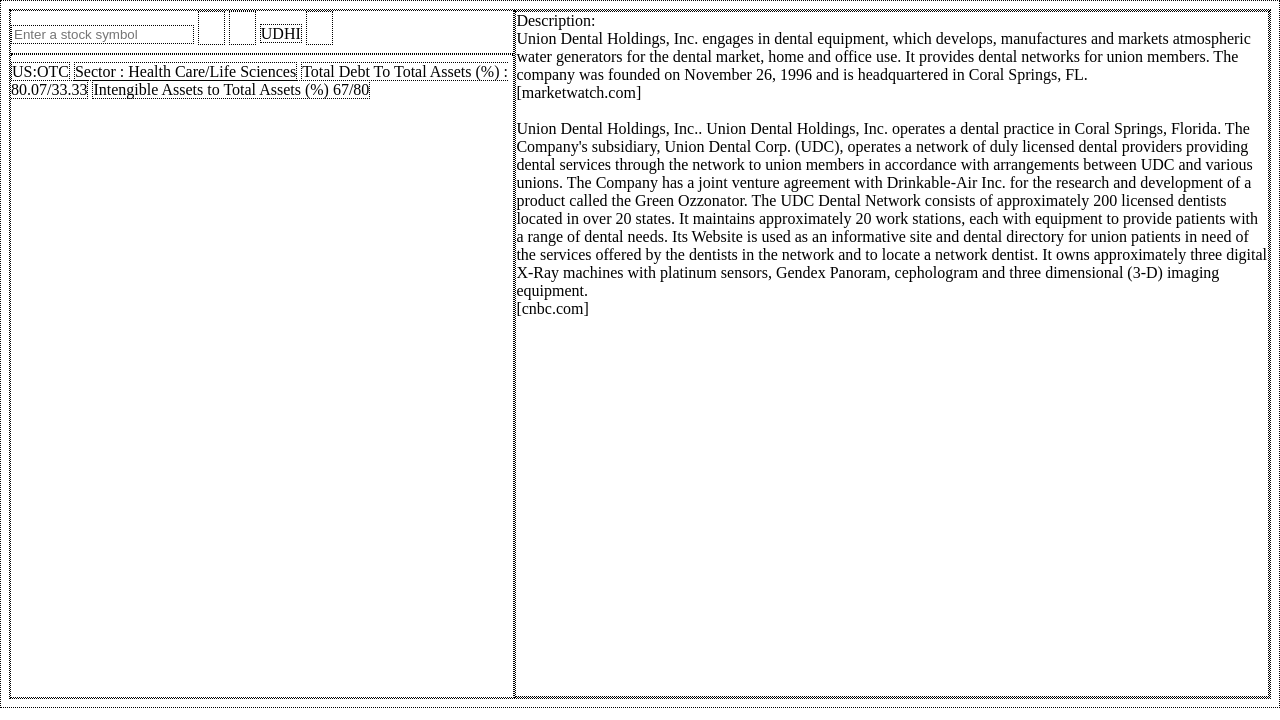
Repository: hadi4172/halal-stock-scanner
Page: popup.html
An editor plug-in stored every save of this project. The page is shown before and after the next save, followed by the edit.
The browser window is 1280 px wide. The pictures show the whole page.

Above is the page before, as saved 2020-09-24 17:51:28.

### popup.html
<!DOCTYPE html>
<html>

<head>
    <title>Halal Stock Scanner</title>
    <meta charset="UTF-8">
    <script src="popup.js"></script>
    <link rel="stylesheet" href="font-awesome/font-awesome.min.css">
    <link rel="stylesheet" type="text/css" href="popup.css">
</head>

<body>
    <div id=left>
        <input type=text maxlength=5 placeholder="Enter a stock symbol" />
        <i id=search-btn class="fa fa-trash fa-2x"></i>
        <i id=settings-btn class="fa fa-trash fa-2x"></i>
        <span id=symbol>UDHI</span>
        <i id=icon-is-correct-or-no class="fa fa-trash fa-2x"></i>
        <hr>
        <span id=market>US:OTC</span>
        <span id=sector>Sector : Health Care/Life Sciences</span>
        <span id=debt-to-assets>Total Debt To Total Assets (%) : 80.07/33.33</span>
        <span id=intengible-assets-to-total-assets>Intengible Assets to Total Assets (%) 67/80 </span>
    </div>

    <div id=right>
        <div id=description>
            Description: <br />
            Union Dental Holdings, Inc. engages in dental equipment, which develops, manufactures and markets atmospheric water generators for the dental market, home and office use. It provides dental networks for union members. The company was founded on November 26, 1996 and is headquartered in Coral Springs, FL.<br />
            [marketwatch.com]<br /><br />
            Union Dental Holdings, Inc.. Union Dental Holdings, Inc. operates a dental practice in Coral Springs, Florida. The Company's subsidiary, Union Dental Corp. (UDC), operates a network of duly licensed dental providers providing dental services through the network to union members in accordance with arrangements between UDC and various unions. The Company has a joint venture agreement with Drinkable-Air Inc. for the research and development of a product called the Green Ozzonator. The UDC Dental Network consists of approximately 200 licensed dentists located in over 20 states. It maintains approximately 20 work stations, each with equipment to provide patients with a range of dental needs. Its Website is used as an informative site and dental directory for union patients in need of the services offered by the dentists in the network and to locate a network dentist. It owns approximately three digital X-Ray machines with platinum sensors, Gendex Panoram, cephologram and three dimensional (3-D) imaging equipment.<br />
            [cnbc.com]
        </div>
    </div>
</body>

</html>

### popup.css
* {
    border: 1px black dotted;
}

body{
    display:flex;
}

#right{
    width:60%
}

#left{
    width:40%
}

#description{
    height: 95vh;
    overflow: auto;
}

Loaded but not shown: font-awesome/font-awesome.min.css (library); popup.js (no copy from this time; the picture is the same without it)

After the next save:
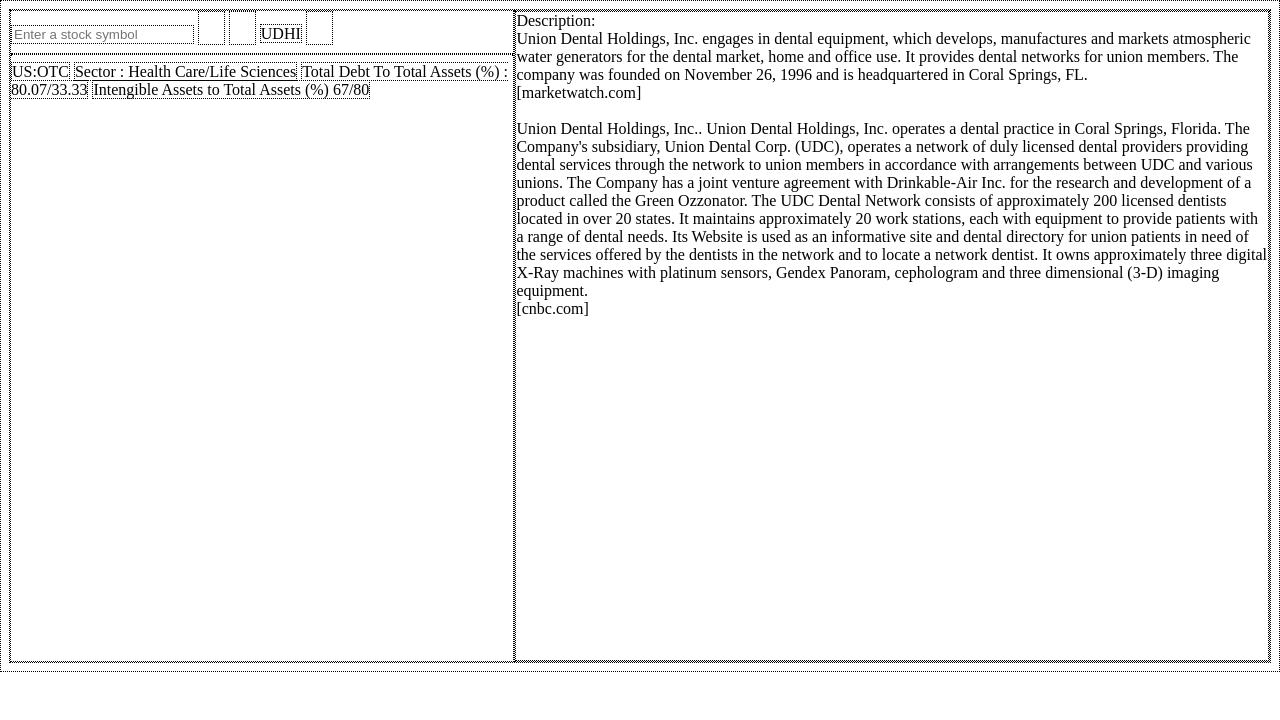
Saved 9 s later.
--- a/popup.css
+++ b/popup.css
@@ -15,6 +15,6 @@
 }
 
 #description{
-    height: 95vh;
+    height: 90vh;
     overflow: auto;
 }
